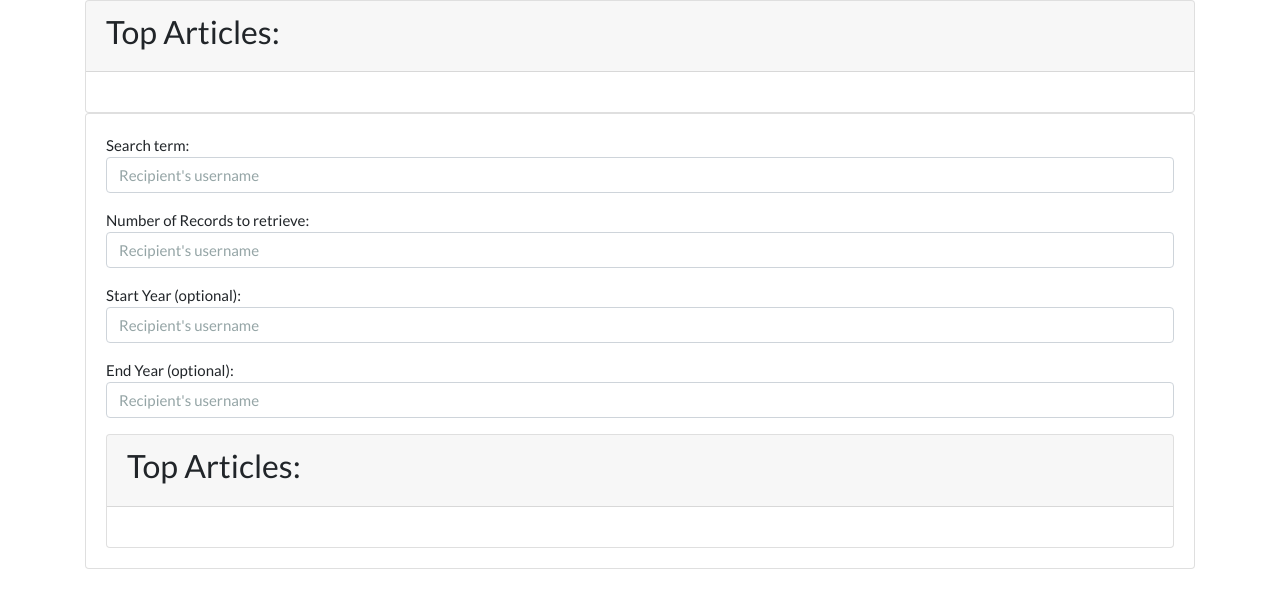
Repository: broganneagle/NYTSearch
Page: index.html
The author's editor kept a copy of each file at every save. The page is drawn from the files as they stood at one save, then again after the next save.
The browser window is 1280 px wide. The pictures show the whole page.
Some web libraries are served in a nearby version.

Above is the page before, as saved 2020-06-26 13:51:57.

### index.html
<!DOCTYPE html>
<html lang="en">

<head>
    <meta charset="UTF-8">
    <meta name="viewport" content="width=device-width, initial-scale=1.0">
    <title>NYT Search</title>
    <link rel="stylesheet" href="https://stackpath.bootstrapcdn.com/bootstrap/4.3.1/css/bootstrap.min.css" />
    <link href="https://stackpath.bootstrapcdn.com/bootswatch/4.5.0/flatly/bootstrap.min.css" rel="stylesheet"
        integrity="sha384-mhpbKVUOPCSocLzx2ElRISIORFRwr1ZbO9bAlowgM5kO7hnpRBe+brVj8NNPUiFs" crossorigin="anonymous">
</head>

<body>
    <div class=container>
        <div class="card">
            <div class="card-header">
              <h3>Top Articles:</h3>
            </div>
            <div class="card-body">
            </div>
          </div>
        <div class="card">
            <div class="card-body">
                Search term:
                <div class="input-group mb-3">
                    <input type="text" class="form-control" placeholder="Recipient's username"
                        aria-label="Recipient's username" aria-describedby="button-addon2">
                </div>

                    Number of Records to retrieve:
                    <div class="input-group mb-3">

                        <input type="text" class="form-control" placeholder="Recipient's username"
                            aria-label="Recipient's username" aria-describedby="button-addon2">
                    </div>

                    Start Year (optional):
                    <div class="input-group mb-3">
                        <input type="text" class="form-control" placeholder="Recipient's username"
                            aria-label="Recipient's username" aria-describedby="button-addon2">
                    </div>

                    End Year (optional):
                    <div class="input-group mb-3">
                        <input type="text" class="form-control" placeholder="Recipient's username"
                            aria-label="Recipient's username" aria-describedby="button-addon2">
                    </div>
                    <div class="card">
                        <div class="card-header">
                          <h3>Top Articles:</h3>
                        </div>
                        <div class="card-body">
                        </div>
                      </div>
                </div>

</body>

</html>

After the next save:
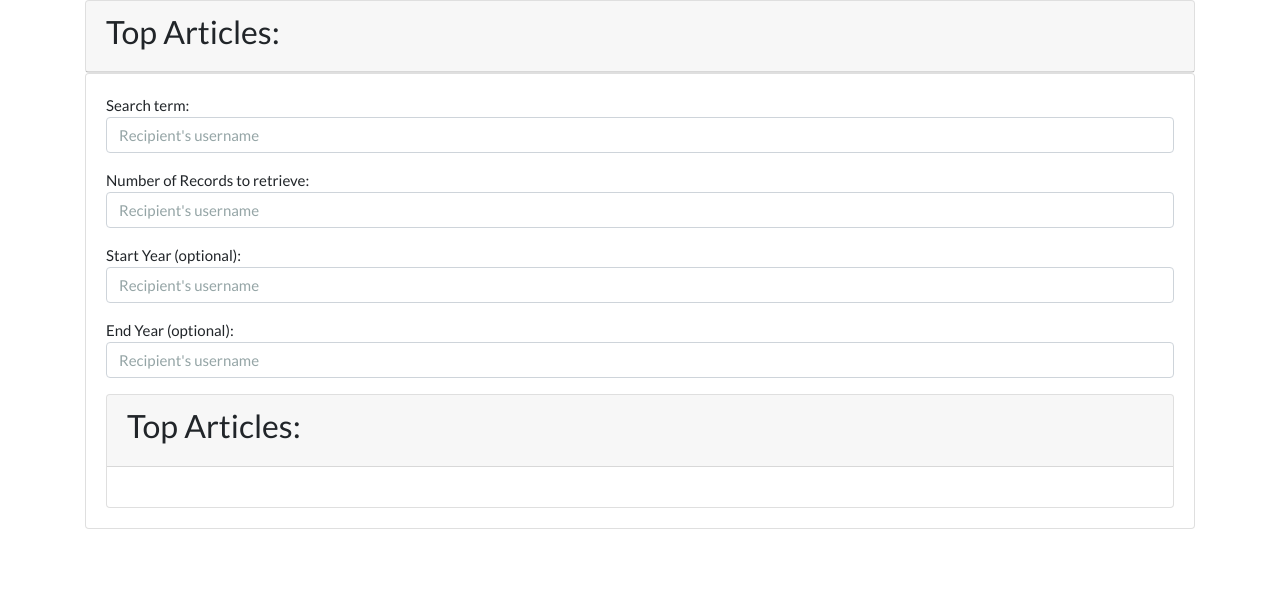
Saved 24 s later.
--- a/index.html
+++ b/index.html
@@ -15,8 +15,6 @@
         <div class="card">
             <div class="card-header">
               <h3>Top Articles:</h3>
-            </div>
-            <div class="card-body">
             </div>
           </div>
         <div class="card">
